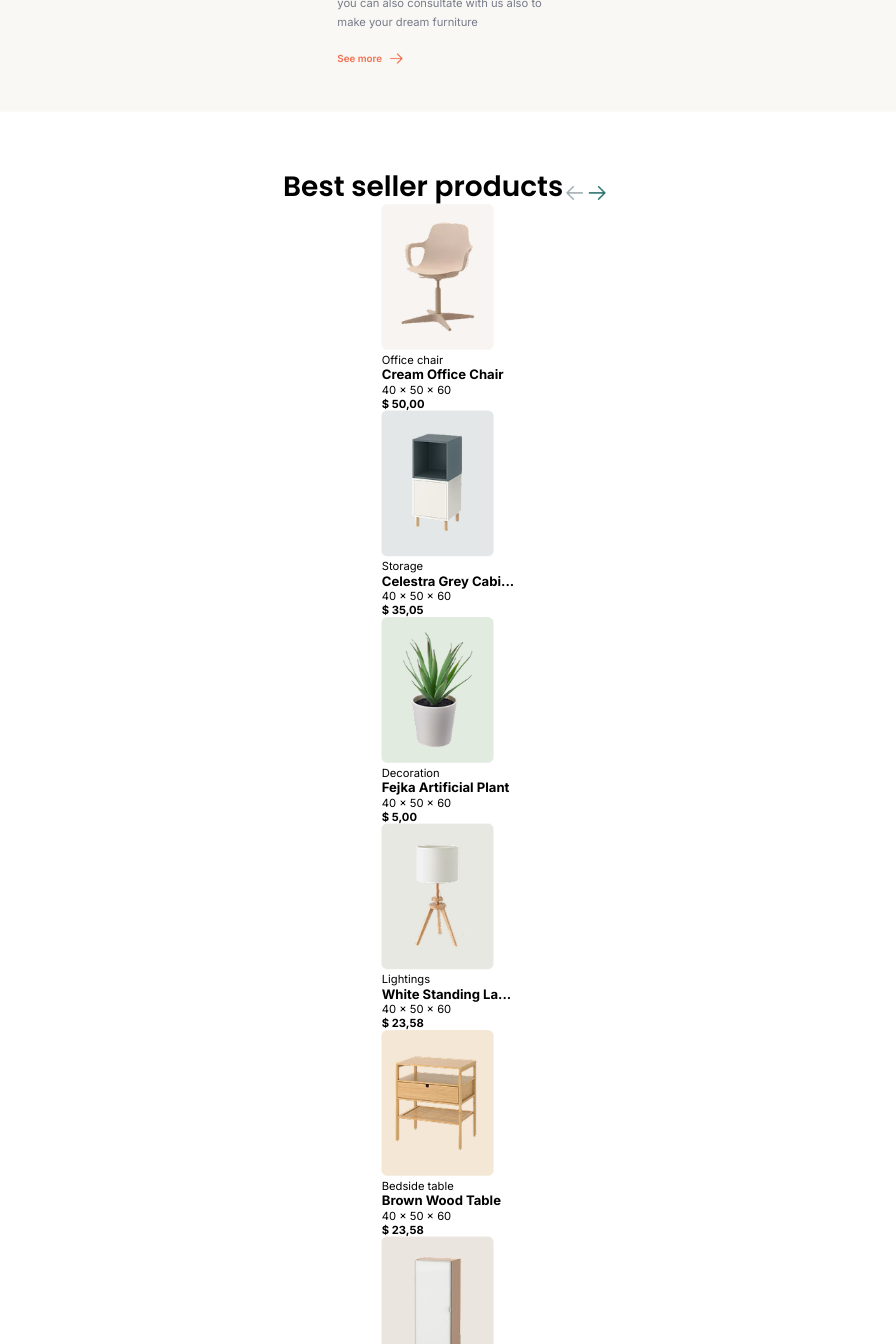
Repository: MatheusEich15/FrontEnd
Page: Prova 1 FrontEnd/Prova 1 FrontEnd/index.html
These files come from the project's save history. The page is drawn as it stood at one moment and after the next save; the edit follows.
The browser window is 1280 px wide. The pictures show the part of the page from y = 1631 to 3551 px (the page is 6192 px tall), at 70% of full size.

Above is the page before, as saved 2026-03-12 13:45:45.

### Prova 1 FrontEnd/Prova 1 FrontEnd/index.html
<!DOCTYPE html>

<html lang="en">

<head>
    <meta charset="UTF-8">
    <meta name="viewport" content="width=device-width, initial-scale=1.0">
    <title>Coca</title>
    <link rel="stylesheet" href="style.css">
    <!--  -->
</head>

<body>

    <header>

        <div id="links-header"> <!-- div para links do lado esquerdo -->
            <div id="logo-header"><img src="./assets/images/Logo-images/Logo.png" alt="Logo"></div>
            <nav>
                <ul>
                    <li><a href="#"><span>About</span></a></li>
                    <li><a href="#">Blog</a></li>
                    <li><a href="#">Contact</a></li>
                </ul>
            </nav>
        </div>
        <div id="btn-header"> <!-- div para links do lado direito -->
            <a id="sign-in-btn" href="#">Sign In</a>
            <button><img src="./assets/icons/Menu.png" alt="Menu"></button>
        </div>

    </header>

    <main>

        <section id="introduction"> <!-- Introdução ao site -->
            <div id="introduction-content">
                <h3>Explore any kind of furnitures</h3>
                <h1>Better Furniture <br>
                    Better Living</h1>
                <div id="introduction-btn">
                    <a href="#">Check our projects</a>
                    <div id="right-arrow"><img src="./assets/icons/Short Right Arrow.png" alt="Seta"></div>
                </div>
            </div>
        </section>

        <section id="about"> <!-- Sobre o site -->
            <div class="title">
                <h2>What we provide</h2>
            </div>
            <div id="about-items"> <!-- Informações básicas -->
                <div class="about-item">
                    <img src="./assets/icons/Home.png" alt="Ícone de Home">
                    <h3>10 years of experience <br>
                        in furniture business</h3>
                    <p>We’re already established since 2012, and <br>
                        in 10 years we have lots of positive <br>
                        reviews and achievements</p>
                    <div id="see-more-btn">
                        <a href="#">See more</a>
                        <img src="./assets/icons/Normal Right Arrow.png" alt="Seta">
                    </div>
                </div>
                <div class="about-item">
                    <img src="./assets/icons/Credit Card.png" alt="Ícone de Cartão de Crédito">
                    <h3>Afforable price with <br>
                        world class quality</h3>
                    <p>Our craftsmen have lots of experience <br>
                        dealing with crafting furnitures and some <br>
                        of them have world class quality</p>
                    <div id="see-more-btn">
                        <a href="#">See more</a>
                        <img src="./assets/icons/Normal Right Arrow.png" alt="Seta">
                    </div>
                </div>
                <div class="about-item">
                    <img src="./assets/icons/Thumbs Up.png" alt="Ícone de Polegares Para Cima">
                    <h3>Bring your ideas into <br>
                        a living product</h3>
                    <p>Besides you can buy the existing product, <br>
                        you can also consultate with us also to <br>
                        make your dream furniture</p>
                    <div id="see-more-btn">
                        <a href="#">See more</a>
                        <img src="./assets/icons/Normal Right Arrow.png" alt="Seta">
                    </div>
                </div>
            </div>
        </section>

        <section id="products"> <!-- Produtos disponíveis -->
            <div class="title-arrows">
                <h2>Best seller products</h2>
                <div class="title-btn">
                    <img src="./assets/icons/Normal Left Arrow Sells.png" alt="Seta">
                    <img src="./assets/icons/Normal Right Arrow Sells.png" alt="Seta">
                </div>
            </div>
            <div id="products-items">
                <div class="product-item">
                    <img src="./assets/images/Products-images/Cream Office Chair.png" alt="Cadeira de Escritório Cor Creme">
                    <p>Office chair</p>
                    <h3>Cream Office Chair</h3>
                    <p>40 x 50 x 60</p>
                    <h4>$ 50,00</h4>
                </div>
                <div class="product-item">
                    <img src="./assets/images/Products-images/Celestra Grey Cabi.png" alt="Armário Pequeno Cor Cinza e Branco">
                    <p>Storage</p>
                    <h3>Celestra Grey Cabi...</h3>
                    <p>40 x 50 x 60</p>
                    <h4>$ 35,05</h4>
                </div>
                <div class="product-item">
                    <img src="./assets/images/Products-images/Fejka Artificial Plant.png" alt="Planta Artificial em Vaso Cor Cinza">
                    <p>Decoration</p>
                    <h3>Fejka Artificial Plant</h3>
                    <p>40 x 50 x 60</p>
                    <h4>$ 5,00</h4>
                </div>
                <div class="product-item">
                    <img src="./assets/images/Products-images/White Standing La.png" alt="Luminária Cor Branca">
                    <p>Lightings</p>
                    <h3>White Standing La...</h3>
                    <p>40 x 50 x 60</p>
                    <h4>$ 23,58</h4>
                </div>
                <div class="product-item">
                    <img src="./assets/images/Products-images/Brown Wood Table.png" alt="Mesa de Madeira Cor Marrom">
                    <p>Bedside table</p>
                    <h3>Brown Wood Table</h3>
                    <p>40 x 50 x 60</p>
                    <h4>$ 23,58</h4>
                </div>
                <div class="product-item">
                    <img src="./assets/images/Products-images/Morliden Book Rac.png" alt="Armário Médio Moderno Cor Branca">
                    <p>Storage</p>
                    <h3>Morliden Book Rac...</h3>
                    <p>40 x 50 x 60</p>
                    <h4>$ 117,73</h4>
                </div>
            </div>
        </section>

        <section id="projects"> <!-- Demonstrações de projetos -->
            <div class="title">
                <h2><span>Our latest project</span></h2>
            </div>
            <div id="projects-items">
                <div class="project-item">
                    <img src="./assets/images/Projects-images/Kitchen.png" alt="Demonstração de Cozinha">
                    <h3>KITCHEN</h3>
                    <p>Architech & Interior Design - 2023</p>
                </div>
                <div class="project-item">
                    <img src="./assets/images/Projects-images/Livingroom.png" alt="Demonstração de Sala de Estar">
                    <h3>LIVINGROOM</h3>
                    <p>Architech & Interior Design - 2023</p>
                </div>
                <div class="project-item">
                    <img src="./assets/images/Projects-images/Bedroom.png" alt="Demonstração de Quarto">
                    <h3>BEDROOM</h3>
                    <p>Architech & Interior Design - 2023</p>
                </div>
                <div class="project-item">
                    <img src="./assets/images/Projects-images/Bathroom.png" alt="Demonstração de Banheiro">
                    <h3>BATHROOM</h3>
                    <p>Architech & Interior Design - 2023</p>
                </div>
            </div>
            <div id="project-btn"> <!-- Seta do Desktop para ver mais projetos -->
                <img src="./assets/icons/Normal Right Arrow Projects.png" alt="Seta">
            </div>
        </section>

        <section id="news"> <!-- Novidades -->
            <div id="news-content">
                <h3>Newcomer product</h3>
                <div class="title">
                    <h2>2 seater Sofa</h2>
                </div>
                <p>Lorem ipsum dolor sit amet, consectetur adipiscing elit. Egestas luctus malesuada et volutpat, pellentesque dignissim suscipit. </p>
                <div id="available-colors">
                    <h4>Available Colors</h4>
                    <img src="./assets/images/News-images/Available Colors.png" alt="Cores Disponíveis">
                </div>
                <div id="news-btn">
                    <a href="#">Shop Now</a>
                    <div id="right-arrow"><img src="./assets/icons/Short Right Arrow.png" alt="Seta"></div>
                </div>
            </div>
        </section>

        <section id="testimonials">
            <div class="title">
                <h2>What our clients say</h2>
                <div class="title-btn">
                    <img src="./assets/icons/Normal Left Arrow Sells.png" alt="Seta">
                    <img src="./assets/icons/Normal Right Arrow Sells.png" alt="Seta">
                </div>
            </div>
            <div id="testimonials-card">
                <img src="./assets/images/Testimonials-images/Testimonial Person.png" alt="Foto de pessoa">
                <img src="./assets/icons/Testimonial Person “.png" alt="Ícone de Aspas Duplas">
                <h3>As expected, 10 years
                    experience on furniture
                    business will not disappointing
                    at all</h3>
                <p>As they said, their 10 years of
                    experience in furniture and interior
                    business is real. They work it
                    professionally and friendly at the
                    same time and of course the results
                    is beyond my expectations.</p>
                <h4>Roy Rakabuming</h4>
                <div id="1-decorative">
                    <p>1</p>
                </div>
            </div>
        </section>

    </main>

    <footer>

        <div id="footer-top"> <!-- Parte superior à divisória do footer -->
            <div id="logo-footer"><img src="./assets/images/Logo-images/Logo.png" alt="Logo"></div>
            <div><h4>Better Furniture, Better Living</h4></div>
            <div id="footer-contact">
                <div id="address">
                    <div id="address-title">
                        <img src="./assets/icons/Pin.png" alt="Marcador">
                        <h4>Address</h4>
                    </div>
                    <p>7319 Wagon Lane Bradenton, FL 34203</p>
                </div>
                <div id="contact-us">
                    <div id="contact-us-title">
                        <img src="./assets/icons/Envelope.png" alt="Envelope">
                        <h4>Contact Us</h4>
                    </div>
                    <p>hellosansbrothers@gmail.com</p>
                </div>
            </div>
            <div id="footer-links"> <!-- Links do footer -->
                <nav id="footer-website">
                    <h2>Website</h2>
                    <ul>
                        <li><a href="#">Home</a></li>
                        <li><a href="#">About Us</a></li>
                        <li><a href="#">Services</a></li>
                        <li><a href="#">Contact Us</a></li>
                    </ul>
                </nav>
                <nav id="footer-products">
                    <h2>Products</h2>
                    <ul>
                        <li><a href="#">Tables</a></li>
                        <li><a href="#">Chairs</a></li>
                        <li><a href="#">Storages</a></li>
                        <li><a href="#">Decorations</a></li>
                    </ul>
                </nav>
            </div>
        </div>
        <div id="footer-bottom"> <!-- Parte inferior à divisória do footer -->
            <div id="copyrights">
                <p>© Sans Brothers</p>
            </div>
            <div id="footer-policy">
                <p>Privacy and Terms</p>
                <p>Legal Notice</p>
                <p>Languanges</p>
            </div>
            <div id="footer-media">
                <img src="./assets/icons/Facebook Logo.png" alt="Logo do Facebook">
                <img src="./assets/icons/Instagram Logo.png" alt="Logo do Intagram">
                <img src="./assets/icons/Twitter Logo.png" alt="Logo do Twitter">
                <img src="./assets/icons/Linkedin Logo.png" alt="Logo do Linkedin">
            </div>
        </div>

    </footer>

</body>

</html>

### Prova 1 FrontEnd/Prova 1 FrontEnd/style.css
@import url('https://fonts.googleapis.com/css2?family=Inter:ital,opsz,wght@0,14..32,100..900;1,14..32,100..900&family=Poppins:ital,wght@0,100;0,200;0,300;0,400;0,500;0,600;0,700;0,800;0,900;1,100;1,200;1,300;1,400;1,500;1,600;1,700;1,800;1,900&family=Raleway:ital,wght@0,100..900;1,100..900&display=swap');

:root {
    --p-font: Inter; /* Fonte de parágrafos */
    --h-font: Poppins; /* Fonte de Títulos */
    --i-font: Raleway; /* Fonte de informações */
    --white: #FFFFFF;
    --off-white: #FAF8F4;
    --blue: #0F3141;
    --black: #000000;
    --orange: #F16F4F;
    --lite-orange: #EF7D60;
    --grey: #757B8A;
}

* {
    margin: 0;
    padding: 0;
    font-family: var(--p-font);
}

li {
    list-style: none;
}

a {
    text-decoration: none;
    color: var(--black);
}

button {
    background-color: transparent;
    border: none;
}

header {
    margin: 0.75rem 1.25rem 0rem 1.25rem;
    display: flex;
    justify-content: space-between;
    align-items: center;
}

#links-header nav {
    display: none;
}

#btn-header a {
    display: none;
}

#introduction {
    background: linear-gradient(to bottom, var(--white) 0%, var(--white) 20%, transparent 100%), url(./assets/images/Instroduction-images/Introduction\ Background\ Image.png);
    background-position: bottom;
    background-repeat: no-repeat;
    background-size: auto 375px;
}

#introduction-content {
    margin-top: 4.813rem;
    color: var(--black);
    display: flex;
    flex-direction: column;
    align-items: center;
}

#introduction-content h3 {
    font-weight: 500;
    font-size: 0.875rem;
    line-height: 1.875rem;
    letter-spacing: 1%;
    text-transform: uppercase;
    text-align: center;
    color: var(--blue);
}

#introduction-content h1 {
    margin-top: 0.5rem;
    font-family: var(--h-font);
    font-weight: 600;
    font-size: 2.75rem;
    line-height: 3.25rem;
    letter-spacing: -3%;
    text-align: center;
}

#introduction-btn {
    width: 15.125rem;
    height: 3.5rem;
    margin-top: 1.5rem;
    background-color: var(--orange);
    display: flex;
    justify-content: center;
    align-items: center;
    gap: 1rem;
    border-radius: 0.25rem;
    margin-bottom: 12.875rem;
}

#right-arrow {
    width: 2rem;
    height: 2rem;
    border-radius: 100%;
    background-color: var(--lite-orange);
    display: flex;
    justify-content: center;
    align-items: center;
}

#introduction-btn a {
    color: var(--white);
    font-weight: 600;
    font-size: 1.125rem;
    line-height: 100%;
    letter-spacing: -1%;
}

#about {
    display: flex;
    flex-direction: column;
    align-items: center;
    background-color: var(--off-white);
}

.title h2 {
    font-family: var(--h-font);
    margin-top: 5.563rem;
    font-weight: 600;
    font-size: 2.5rem;
    line-height: 100%;
    letter-spacing: -3%;
}

#about-items {
    margin-top: 3.313rem;
    display: flex;
    flex-direction: column;
    align-items: center;
    gap: 3.75rem;
    margin-bottom: 3.938rem;
}

.about-item h3 {
    margin-top: 0.75rem;
    font-family: var(--h-font);
    font-weight: 600;
    font-size: 1.5rem;
    line-height: 2.125rem;
    letter-spacing: -2%;
}

.about-item p {
    margin-top: 1rem;
    color: var(--grey);
    font-weight: 400;
    font-size: 1rem;
    line-height: 1.75rem;
    letter-spacing: 1%;
}

#see-more-btn {
    margin-top: 1.5rem;
    display: flex;
    align-items: center;
    gap: 0.5rem;
}

#see-more-btn a {
    color: var(--orange);
    font-weight: 600;
    font-size: 0.875rem;
    line-height: 1.688rem;
    letter-spacing: 1%;
}

#products {
    display: flex;
    flex-direction: column;
    align-items: center;
}

.title-arrows {
    margin: 5rem 1.938rem 0rem 1.5rem;
    display: flex;
}

.title-arrows h2 {
    font-family: var(--h-font);
    font-weight: 600;
    font-size: 2.5rem;
    line-height: 3.25rem;
    letter-spacing: -3%;
}

.title-btn {
    display: flex;
    align-items: end;
    gap: ;
}

.title-btn img {
    max-width: 2rem;
    max-height: 2rem;
}

After the next save:
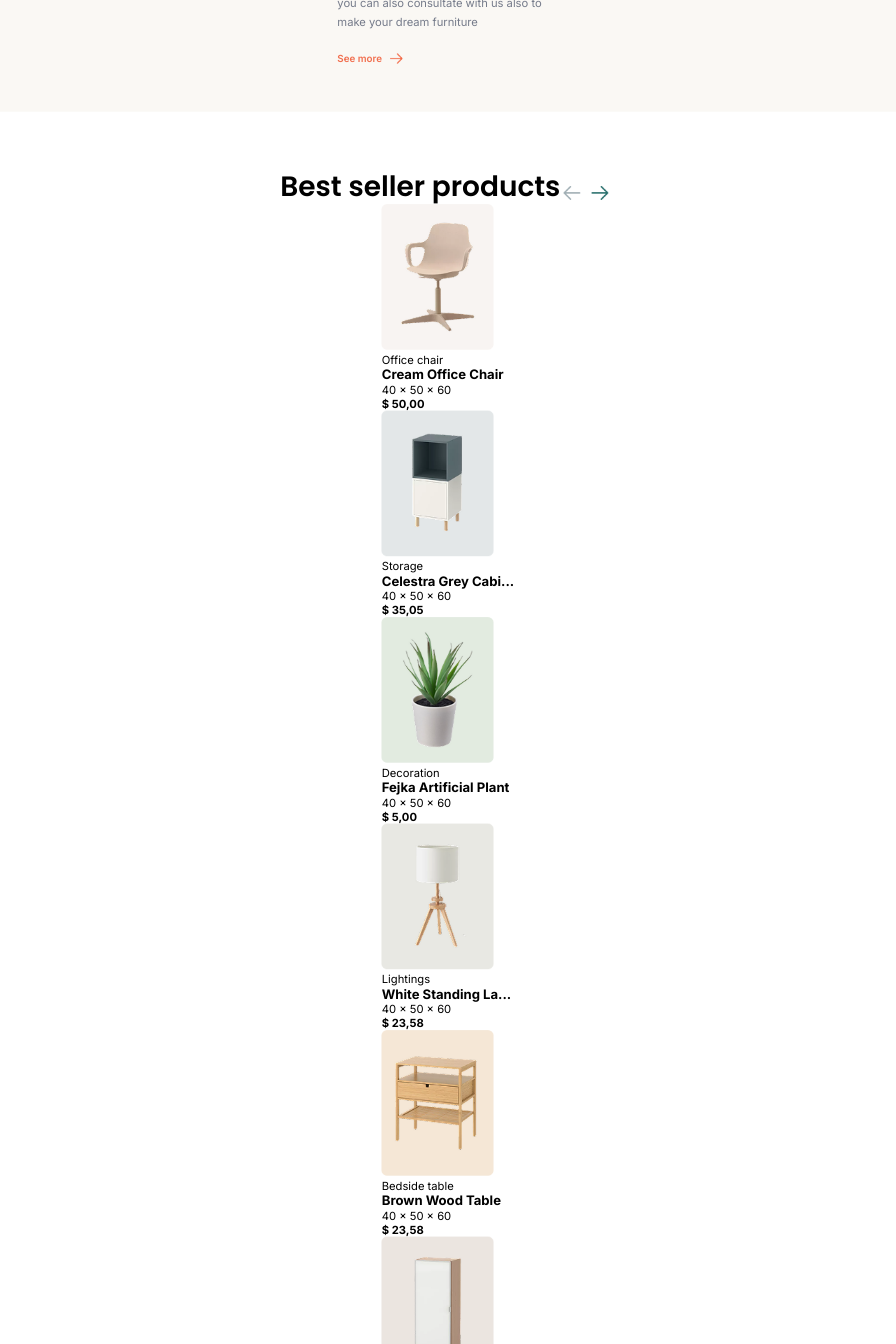
Saved 15 min 50 s later.
--- a/Prova 1 FrontEnd/Prova 1 FrontEnd/style.css
+++ b/Prova 1 FrontEnd/Prova 1 FrontEnd/style.css
@@ -194,7 +194,7 @@ header {
 .title-btn {
     display: flex;
     align-items: end;
-    gap: ;
+    gap: 0.5rem;
 }
 
 .title-btn img {
